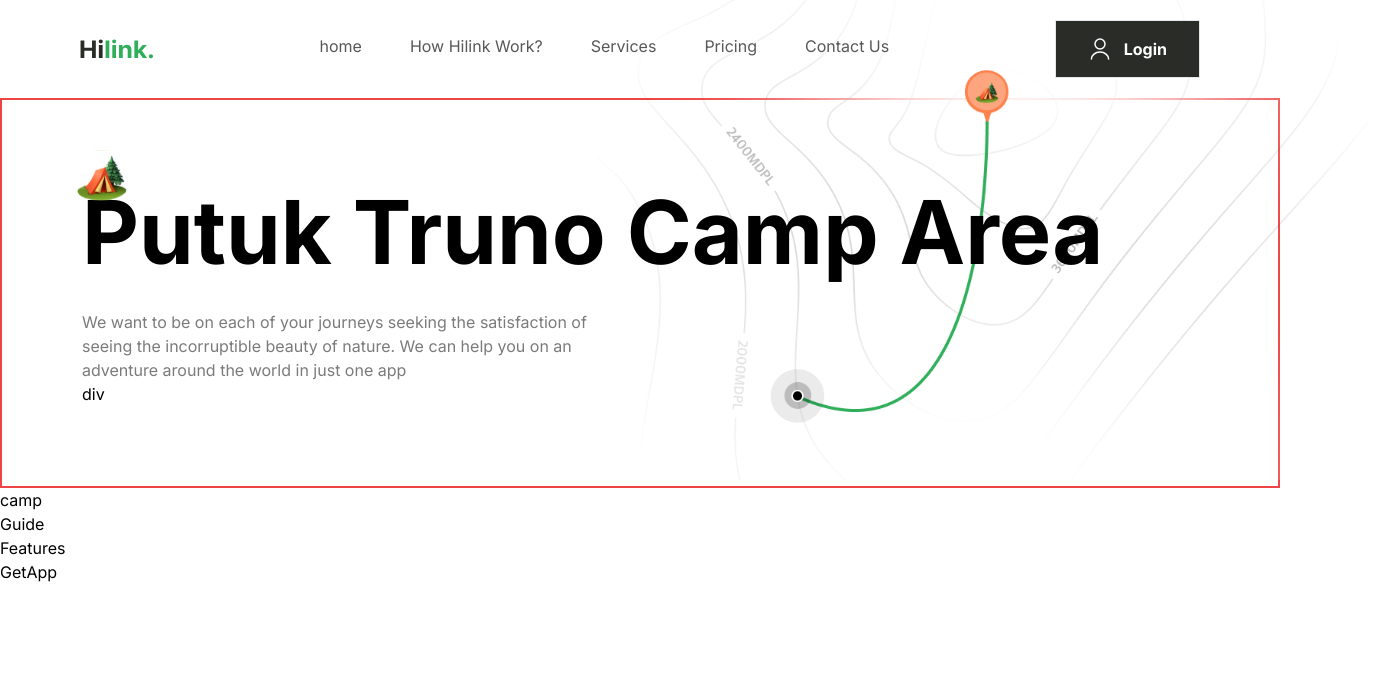
Repository: abdulrahmanmahmood/Travel-App
Page: /
An editor plug-in stored every save of this project. The page is shown before and after a run of saves, followed by the edit.
The browser window is 1280 px wide. The page is 1392 px wide, so the pictures cover 1392 px, including what lies to the right of the window. The pictures show the whole page.
The project was rebuilt for these pictures with package versions that can differ from the ones it lists, and the page was loaded fresh each time. The framework's server and built-in components were replaced by stand-ins that run in the browser. Also part of the build but not shown: next.config.js.

Above is the page before, as saved 2023-11-01 16:56:04.

### app/layout.tsx
import './globals.css'
import type { Metadata } from 'next';
import './globals.css'
import Navbar from '@/components/Navbar';


export const metadata: Metadata = {
  title: 'Travel',
  description: 'Travel UI/UX App for camping',
}

export default function RootLayout({
  children,
}: {
  children: React.ReactNode
}) {
  return (
    <html lang="en">
      <body >
        <Navbar/>
        {children}
      </body>
    </html>
  )
}

### app/page.tsx
import Features from "@/components/Features"
import GetApp from "@/components/GetApp"
import Guide from "@/components/Guide"
import Hero from "@/components/Hero"
import Camp from "@/components/camp"

export default function Home() {
  return (
    <>
    <Hero/>
    <Camp/>
    <Guide/>
    <Features/>
    <GetApp/>
 </>
  )
}

### components/Navbar.tsx
import { NAV_LINKS } from "@/constants";
import Image from "next/image";
import Link from "next/link";
import Button from "./Button";

const Navbar = () => {
  return (
    <nav
      className=" flexBetween max-container padding-container relative z-30
    py-5"
    >
      <Link href="/">
        <Image src="/hilink-logo.svg" alt="logo" width={74} height={28} />
      </Link>
      <ul className="hidden h-full gap-12 lg:flex">
        {NAV_LINKS.map((link) => (
          <Link
            href={link.href}
            key={link.key}
            className="regular-16 text-gray-50 flexCenter cursor-pointer pb-1.5 transition-all hover:font-bold"
          >
            {link.label}
          </Link>
        ))}
      </ul>
      <div className="lg:flexCenter  hidden ">
        <Button
          type="button"
          title="Login"
          icon="/user.svg"
          variant="btn_dark_green"
        />
      </div>
      <Image
        src="/menu.svg"
        alt="menu"
        width={32}
        height={32}
        className="inline-block cursor-pointer lg:hidden"
      />
    </nav>
  );
};

export default Navbar;

### components/Features.tsx


function Features() {
  return (
    <div>Features</div>
  )
}

export default Features

### components/GetApp.tsx


function GetApp() {
  return (
    <div>GetApp</div>
  )
}

export default GetApp

### components/Guide.tsx


function Guide() {
  return (
    <div>Guide</div>
  )
}

export default Guide

### components/Hero.tsx
import Image from "next/image";

function Hero() {
  return (
    <section
      className="max-container padding-container flex flex-col gap-20
    py-10 pb-32 md:gap-27 lg:py-20  xl:flex-row border-2 border-red-500"
    >
      <div className="hero-map" />
      {/* LEFT */}
      <div className="relative z-20 flex flex-1 flex-col xl:w-1/2">
        <Image
          src="/camp.svg"
          alt="camp"
          width={50}
          height={50}
          className="absolute left-[-5px] top-[-30px] w-10 lg:w-[50px]"
        />
        <h1 className="bold-52 lg:bold-88">Putuk Truno Camp Area</h1>
        <p className="regular-16 mt-6 text-gray-30 xl:max-w-[520px]">
          We want to be on each of your journeys seeking the satisfaction of
          seeing the incorruptible beauty of nature. We can help you on an
          adventure around the world in just one app
        </p>
        div
      </div>
    </section>
  );
}

export default Hero;

### components/camp.tsx


function camp() {
  return (
    <div>camp</div>
  )
}

export default camp

### constants/index.ts
export const NAV_LINKS = [
  {href:"/", key:"home", label:"home"},
  { href: '/', key: 'how_hilink_work', label: 'How Hilink Work?' },
  { href: '/', key: 'services', label: 'Services' },
  { href: '/', key: 'pricing ', label: 'Pricing ' },
  { href: '/', key: 'contact_us', label: 'Contact Us' },
]

### components/Button.tsx
import Image from "next/image";

type ButtonProps ={
  type:'button'| 'submit';
  title:string;
  icon?:string;
  variant:'btn_dark_green'

}


function Button({type, title, icon, variant}: ButtonProps) {
  return (
    <button type={type} className={`flexCenter gap-3 roudned-full border ${variant}`}>

      {icon && <Image src={icon} alt={title} width={24} height={24}/>}
      <label className="bold-16 whitespace-nowrap">{title}</label>
    </button>
  )
}

export default Button

Loaded but not shown: app/globals.css (common file); tailwind.config.ts (common file)

After the next 2 saves:
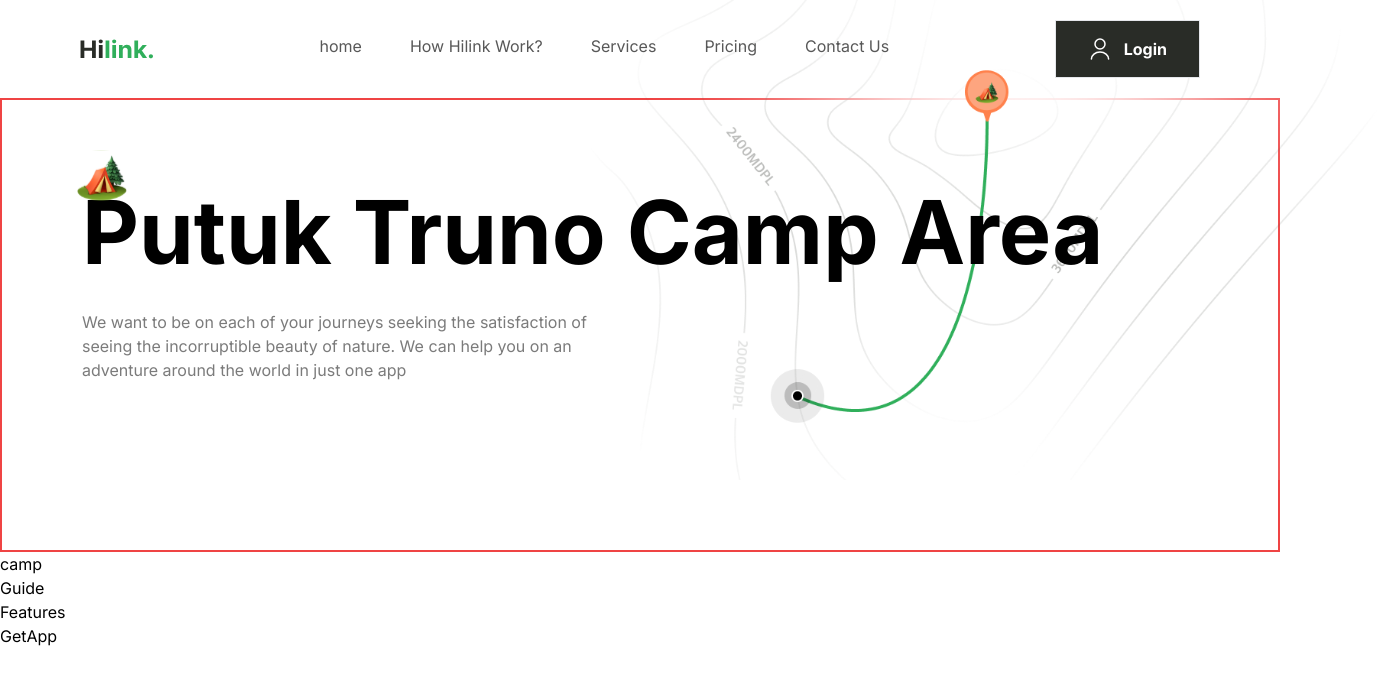
The 2 saves are shown as one change because they came seconds apart.
The last was saved 11 s later.
--- a/components/Hero.tsx
+++ b/components/Hero.tsx
@@ -22,7 +22,7 @@ function Hero() {
           seeing the incorruptible beauty of nature. We can help you on an
           adventure around the world in just one app
         </p>
-        div
+        <div className="my-11"></div>
       </div>
     </section>
   );
